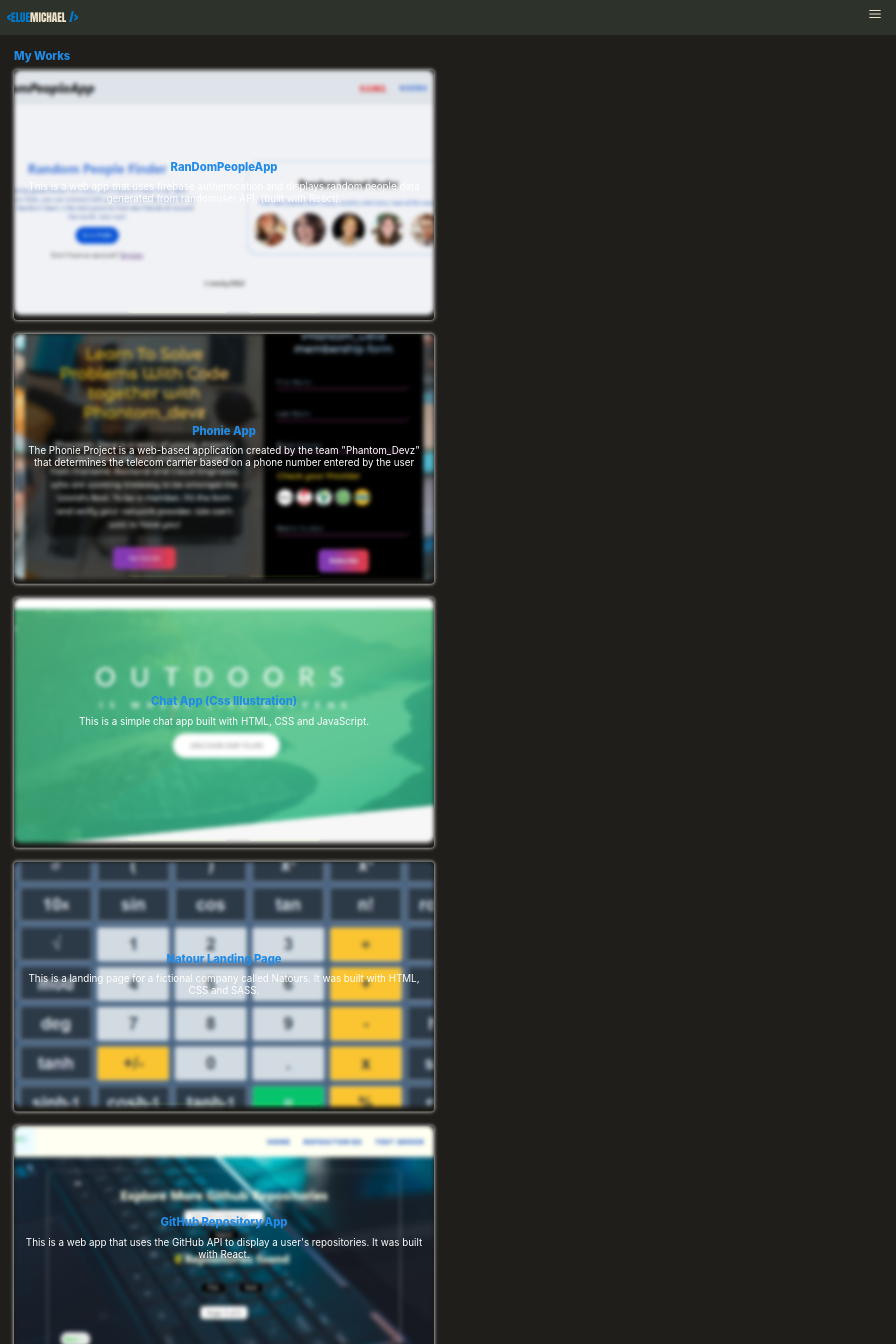
Repository: MikkyPrestige/portfolio
Page: /projects
The author's editor kept a copy of each file at every save. The page is drawn from the files as they stood at one save, then again after the next save.
The browser window is 1280 px wide. The pictures show the part of the page from y = 0 to 1920 px (the page is 5001 px tall), at 70% of full size.
The project was rebuilt for these pictures with package versions that can differ from the ones it lists, and the page was loaded fresh each time. Also part of the build but not shown: src/components/avatar.jsx, src/components/home.jsx, src/components/about.jsx, src/components/fallback.jsx.

Above is the page before, as saved 2023-02-21 17:33:51.

After the next save:
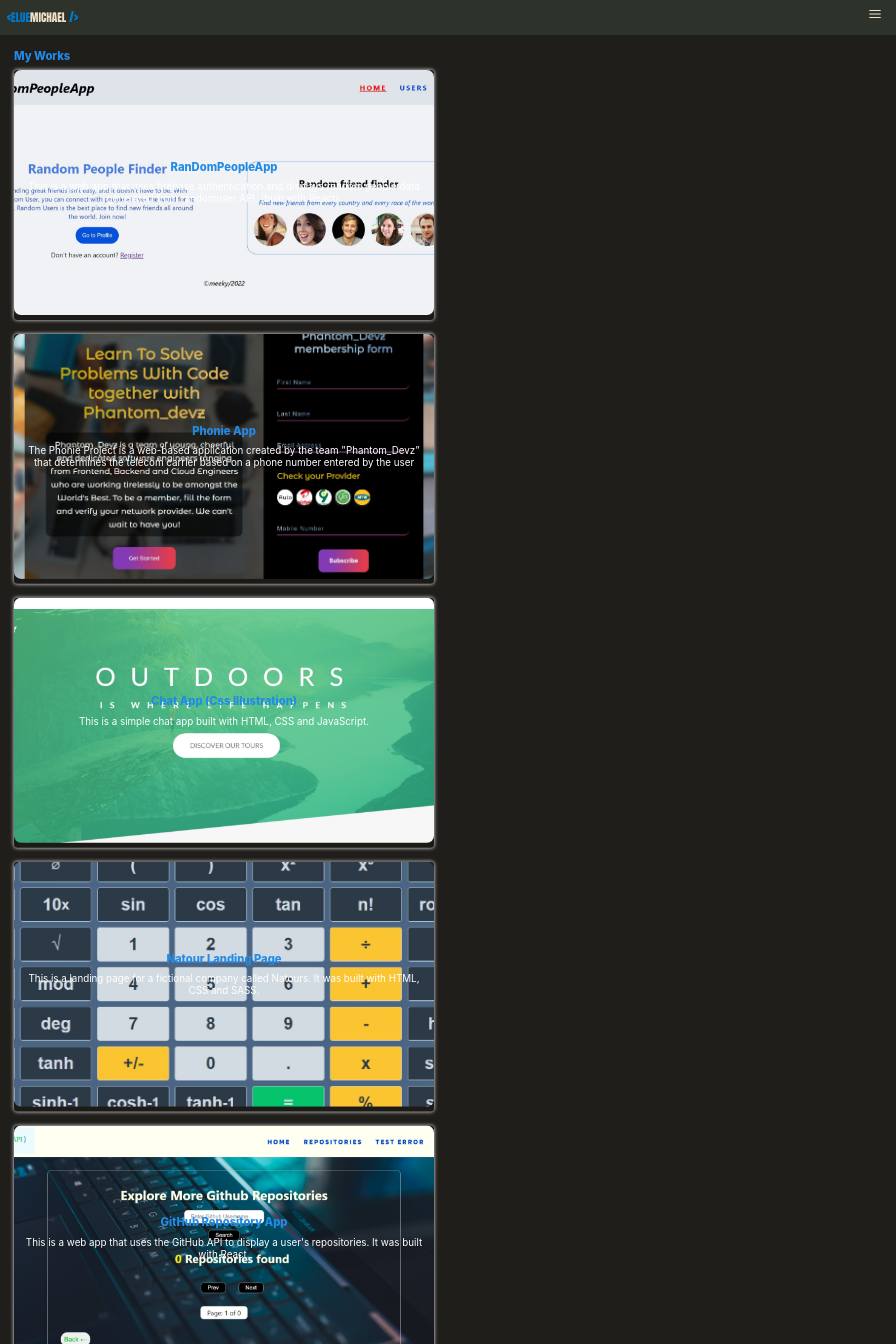
Saved 46 s later.
--- a/src/assets/styles/sass/pages/_projects.scss
+++ b/src/assets/styles/sass/pages/_projects.scss
@@ -48,7 +48,7 @@
       background-size: cover;
       background-position: center;
       background-repeat: no-repeat;
-      filter: blur(0.3rem);
+      filter: blur(0.3rem) brightness(0.5rem);
       //z-index: 1;
       &-1 {
         background-image: url(../../../images/randomApp.jpeg);

After the 2 saves that followed:
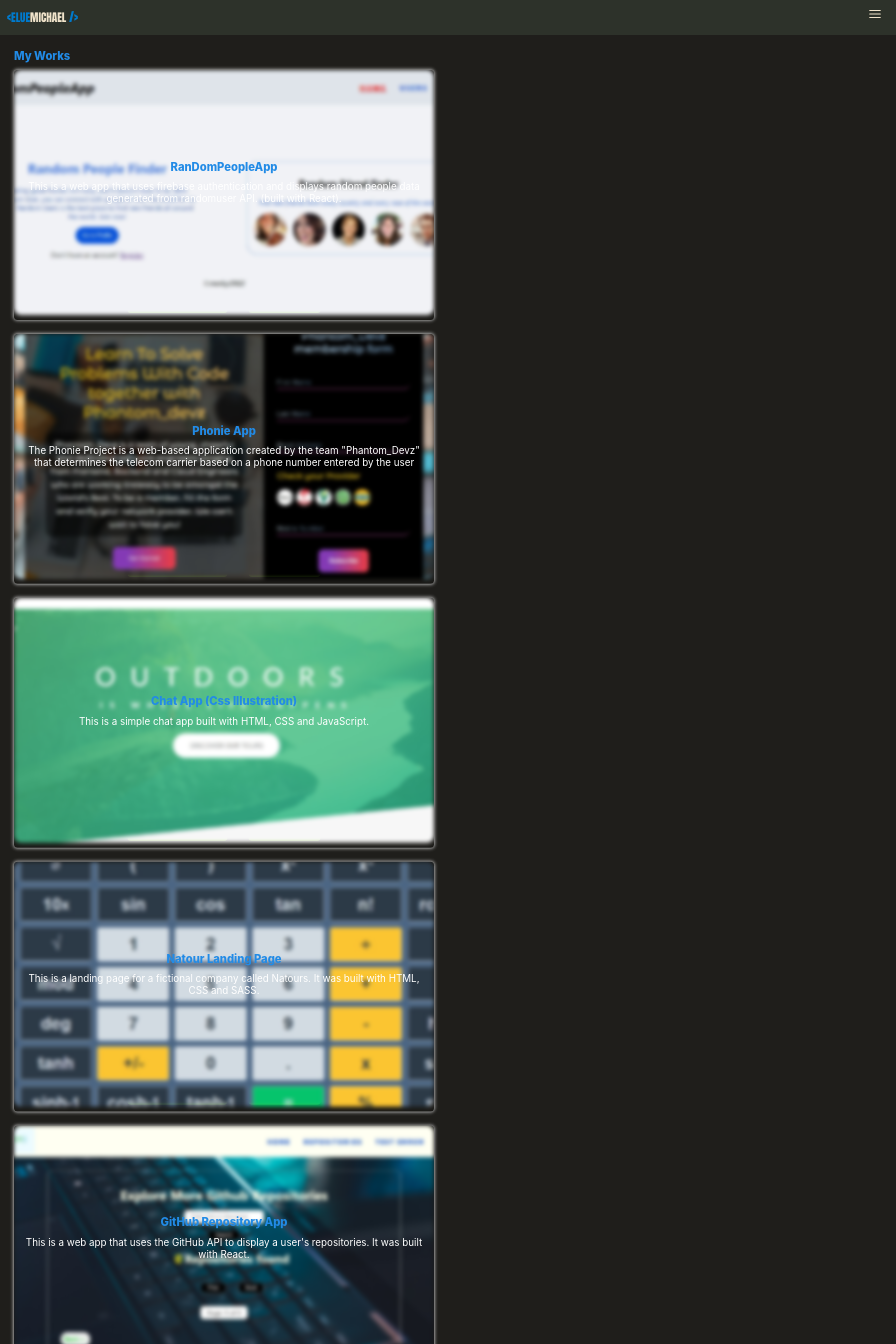
The 2 saves are shown as one change because 1 left the picture as it was.
The last was saved 72 s later.
--- a/src/assets/styles/sass/pages/_projects.scss
+++ b/src/assets/styles/sass/pages/_projects.scss
@@ -48,7 +48,7 @@
       background-size: cover;
       background-position: center;
       background-repeat: no-repeat;
-      filter: blur(0.3rem) brightness(0.5rem);
+      filter: blur(0.3rem);
       //z-index: 1;
       &-1 {
         background-image: url(../../../images/randomApp.jpeg);
